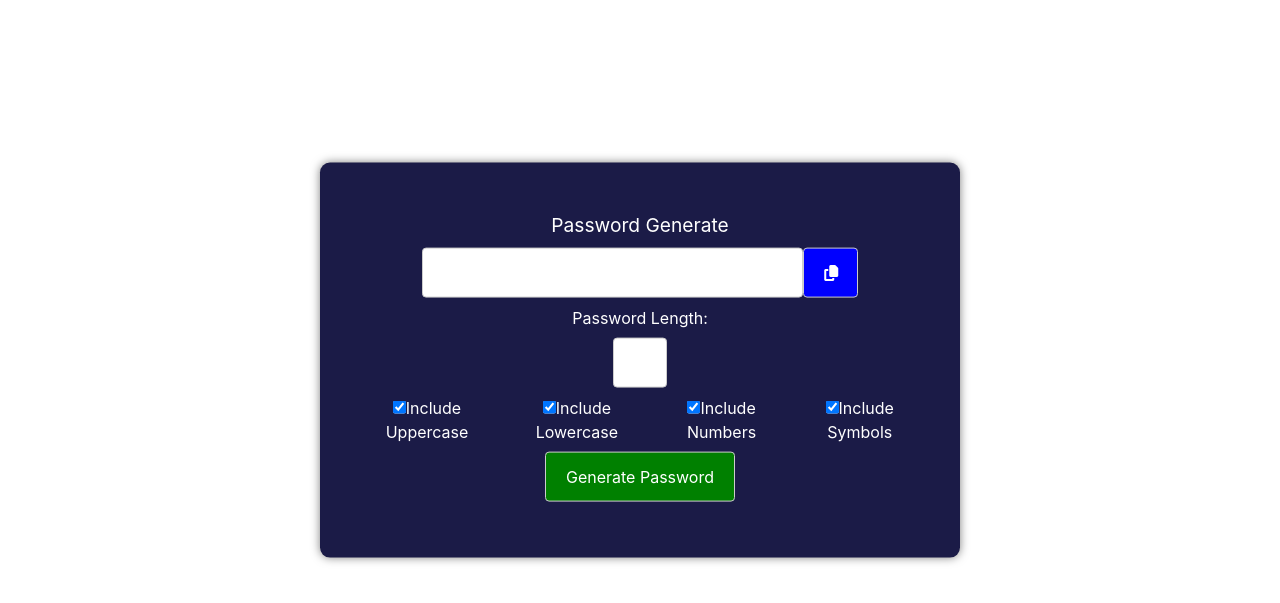
Repository: sriram1224/Password-generator
Page: / (app in password-generator/)
These files come from the project's save history. The page is drawn as it stood at one moment and after the next save; the edit follows.
The browser window is 1280 px wide. The pictures show the whole page.
Some web libraries are served in a nearby version. The project was rebuilt for these pictures with package versions that can differ from the ones it lists, and the page was loaded fresh each time.

Above is the page before, as saved 2024-03-10 21:56:58.

### password-generator/public/index.html
<!DOCTYPE html>
<html lang="en">

<head>
  <meta charset="utf-8" />
  <link rel="icon" href="%PUBLIC_URL%/favicon.ico" />
  <meta name="viewport" content="width=device-width, initial-scale=1" />
  <meta name="theme-color" content="#000000" />
  <meta name="description" content="Web site created using create-react-app" />

  <link rel="apple-touch-icon" href="%PUBLIC_URL%/logo192.png" />
  <link rel="stylesheet" href="https://cdnjs.cloudflare.com/ajax/libs/font-awesome/6.5.1/css/all.min.css"
    integrity="sha512-DTOQO9RWCH3ppGqcWaEA1BIZOC6xxalwEsw9c2QQeAIftl+Vegovlnee1c9QX4TctnWMn13TZye+giMm8e2LwA=="
    crossorigin="anonymous" referrerpolicy="no-referrer" />
  <link rel="manifest" href="%PUBLIC_URL%/manifest.json" />

  <title>React App</title>
</head>

<body>
  <noscript>You need to enable JavaScript to run this app.</noscript>
  <div id="root"></div>
  <script src="https://cdn.tailwindcss.com"></script>
</body>

</html>

### password-generator/src/App.js
import PasswordGenerator from './Components/content.js';
import './App.css';

function App() {
  return (
    <div className="App">
       <PasswordGenerator />

    </div>
  );
}

export default App;

### password-generator/src/Components/content.js
import React, { useState } from 'react';
import "./content.css"
const PasswordGenerator = () => {
  const [includeUppercase, setIncludeUppercase] = useState(true);

    const [includeLowercase, setIncludeLowercase] = useState(true);
  const [includeNumbers, setIncludeNumbers] = useState(true);

    const [includeSymbols, setIncludeSymbols] = useState(true);
  const [password, setPassword] = useState('');
  const [passwordLength, setPasswordLength] = useState(8);

  const generatePassword = () => {


      const uppercaseChars = 'ABCDEFGHIJKLMNOPQRSTUVWXYZ';
    const lowercaseChars = 'abcdefghijklmnopqrstuvwxyz';
    const numberChars = '0123456789';

      const symbolChars = '!@#$%^&*()_+-=[]{}|;:,.<>?';

    let chars = '';
    if (includeUppercase) chars += uppercaseChars;

      if (includeLowercase) chars += lowercaseChars;
    if (includeNumbers) chars += numberChars;

      if (includeSymbols) chars += symbolChars;

    let generatedPassword = '';

      for (let i = 0; i < passwordLength; i++) {
      const randomIndex = Math.floor(Math.random() * chars.length);
      generatedPassword += chars[randomIndex];
    }

      setPassword(generatedPassword);
  };

  const copyToClipboard = () => {
    navigator.clipboard.writeText(password);
  };

  return (
    <div class="main">

      <h1>Password Generate</h1>
      <div>
        <input type="text" readOnly value={password} class="text-input"	 />
        <button onClick={copyToClipboard} class="copy"><i class="fa-solid fa-copy"></i></button>
          </div>
          <div>
        <label>
                  Password Length:
                  <br></br>
          <input type="number" value={passwordLength} class="input-numbers" onChange={(e) => setPasswordLength(parseInt(e.target.value))} />
        </label>
          </div>
          <div class="checkboxed">
               <div>
        <label>
          <input type="checkbox" checked={includeUppercase} onChange={() => setIncludeUppercase(!includeUppercase)} />
          Include Uppercase
        </label>
      </div>
      <div>
        <label>
          <input type="checkbox" checked={includeLowercase} onChange={() => setIncludeLowercase(!includeLowercase)} />
          Include Lowercase
        </label>
      </div>
      <div>
        <label>
          <input type="checkbox" checked={includeNumbers} onChange={() => setIncludeNumbers(!includeNumbers)} />
          Include Numbers
        </label>
      </div>
      <div>
        <label>
          <input type="checkbox" checked={includeSymbols} onChange={() => setIncludeSymbols(!includeSymbols)} />
          Include Symbols
        </label>
              </div>
            </div>

          <button onClick={generatePassword} class="generate">Generate Password</button>
    </div>
  );
};

export default PasswordGenerator;

### password-generator/src/Components/content.css
.text-input{
    width: 70%;
    padding: 12px 20px;
    margin: 8px 0;
    display: inline-block;
    border: 1px solid #ccc;
    border-radius: 4px;
    box-sizing: border-box;
}
.copy{
    width: 10%;
    padding: 12px 20px;
    margin: 8px 0;
    display: inline-block;
    border: 1px solid #ccc;
    border-radius: 4px;
    box-sizing: border-box;
    background-color: blue;
    color: white;
}
.checkboxed{
    display: flex;
    gap: 2rem;
}
.generate{

    padding: 12px 20px;
    margin: 8px 0;
    display: inline-block;
    border: 1px solid #ccc;
    border-radius: 4px;
    box-sizing: border-box;
    background-color: green;
    color: white;
}
.input-numbers{
    width: 10%;
    padding: 12px 5px;
    margin: 8px 0;
    display: inline-block;
    border: 1px solid #ccc;
    border-radius: 4px;
    box-sizing: border-box;
}
@media screen and (max-width: 1100px) {


    .generate,
    .input-numbers {
        width: 100%;
    }

    .checkboxed {
        flex-direction: column;
        gap: 1rem;
    }
}
.main {
    padding: 3rem;
    border-radius:10px;
    background-color:rgb(27, 27, 71);
    color:white;
    box-shadow: 0px 0px 10px rgba(0, 0, 0, 0.5);
    /* Adjust as needed */
    position: absolute;
    top: 50%;
    left: 50%;
    transform: translate(-50%, -50%);
    /* Add width and height if necessary */
}
.main h1{
    font-size: larger;
}

Loaded but not shown: password-generator/src/index.js (common file); password-generator/src/index.css (common file); password-generator/src/reportWebVitals.js (common file); password-generator/src/App.css (common file)

After the next save:
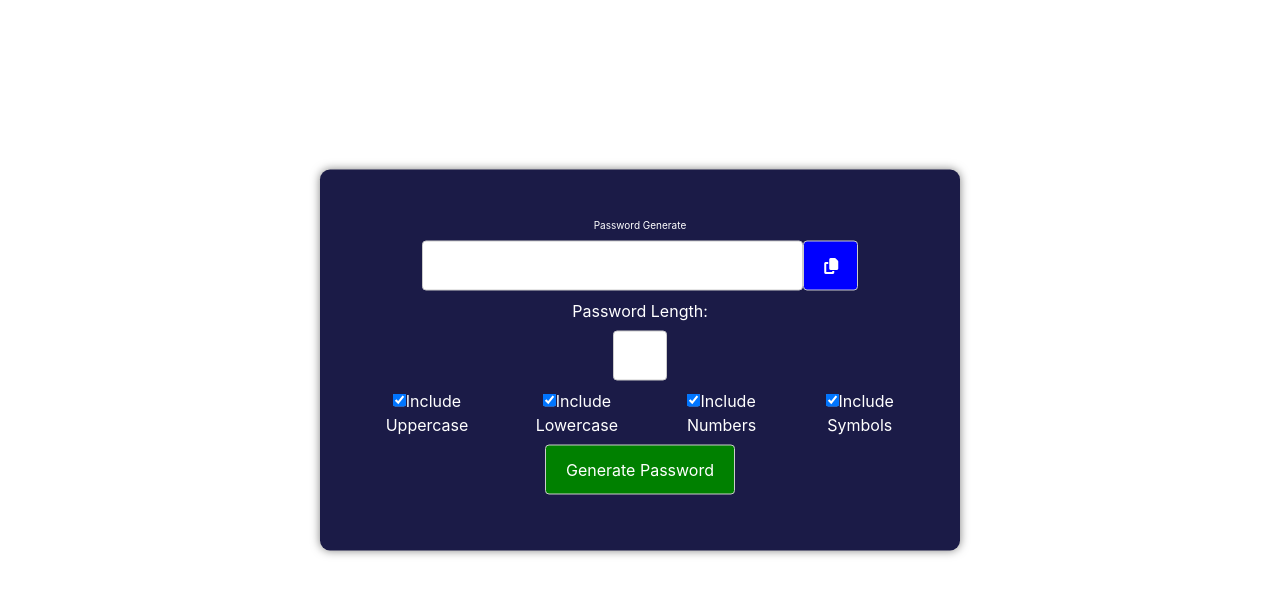
Saved 5 s later.
--- a/password-generator/src/Components/content.css
+++ b/password-generator/src/Components/content.css
@@ -69,5 +69,5 @@
     /* Add width and height if necessary */
 }
 .main h1{
-    font-size: larger;
+    font-size: 10px;
 }
